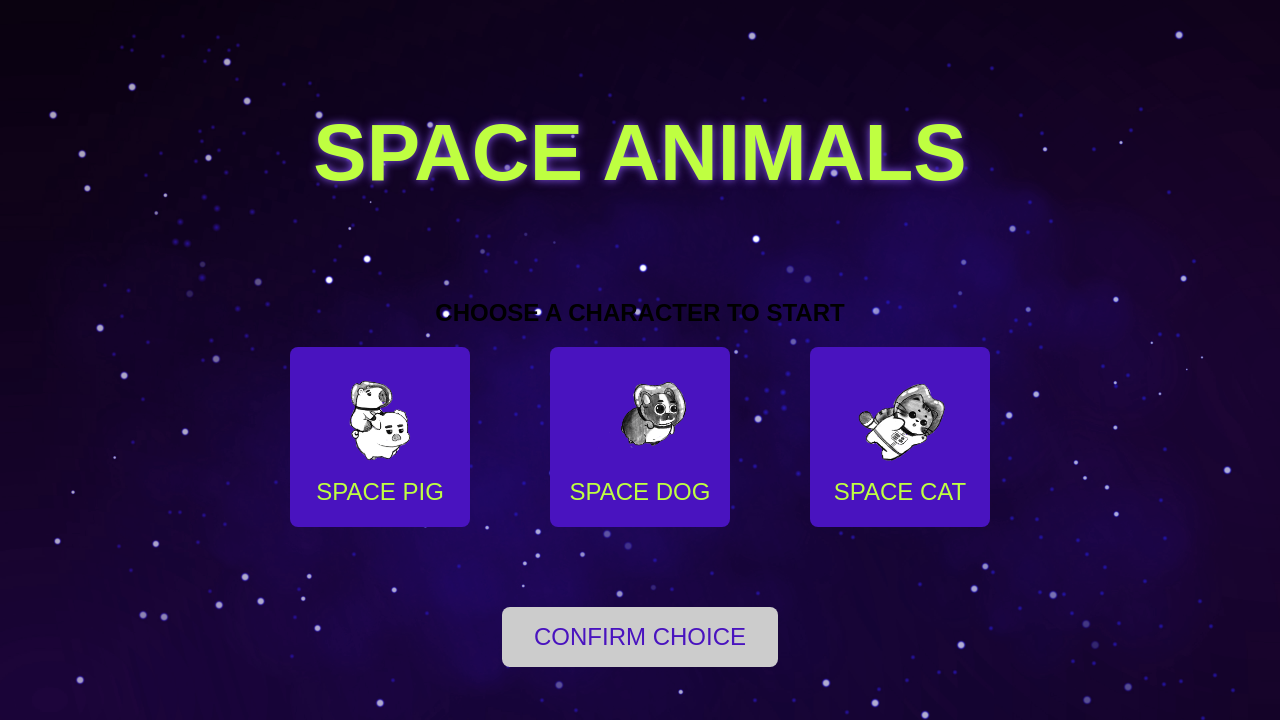
Repository: brunaguarizo/SpaceFarm
Page: index.html
An editor plug-in stored every save of this project. The page is shown before and after the next save, followed by the edit.
The browser window is 1280 px wide. The pictures show the whole page.
Some web fonts or font styles are not loaded; a fallback is used.

Above is the page before, as saved 2025-04-24 12:11:43.

After the next save:
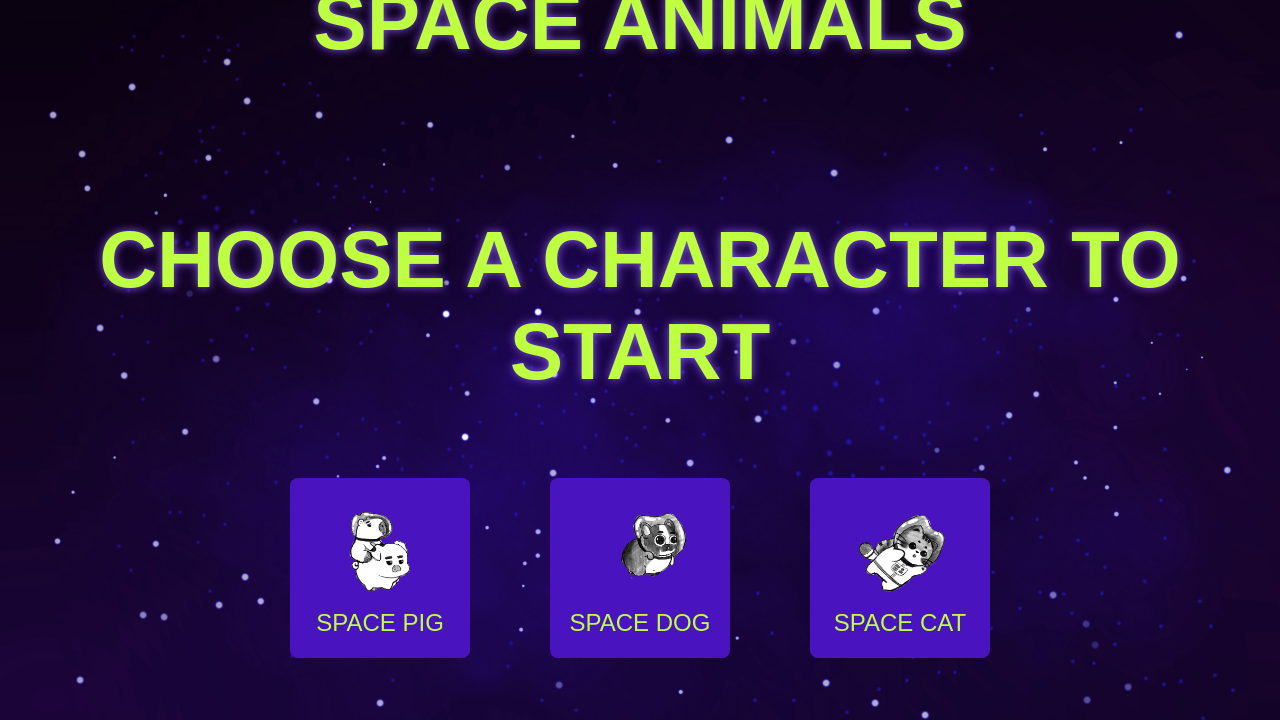
Saved 46 s later.
--- a/styles.css
+++ b/styles.css
@@ -35,6 +35,14 @@ body {
     text-align: center;
 }
 
+h2 {
+    color: var(--light-green);
+    font-size: var(--header);
+    margin-bottom: var(--space-extra-large);
+    text-shadow: 0 0 10px var(--mid-purple);
+    text-align: center;
+}
+
 .character-options {
     display: flex;
     gap: var(--space-extra-large);
@@ -159,7 +167,7 @@ body {
     background-color: rgba(0, 0, 0, 0.7);
 }
 
-/* Game Over Screen */
+/* ------------------------- Game Over Screen ------------------------- */
 #game-over {
     display: none;
     position: absolute;
